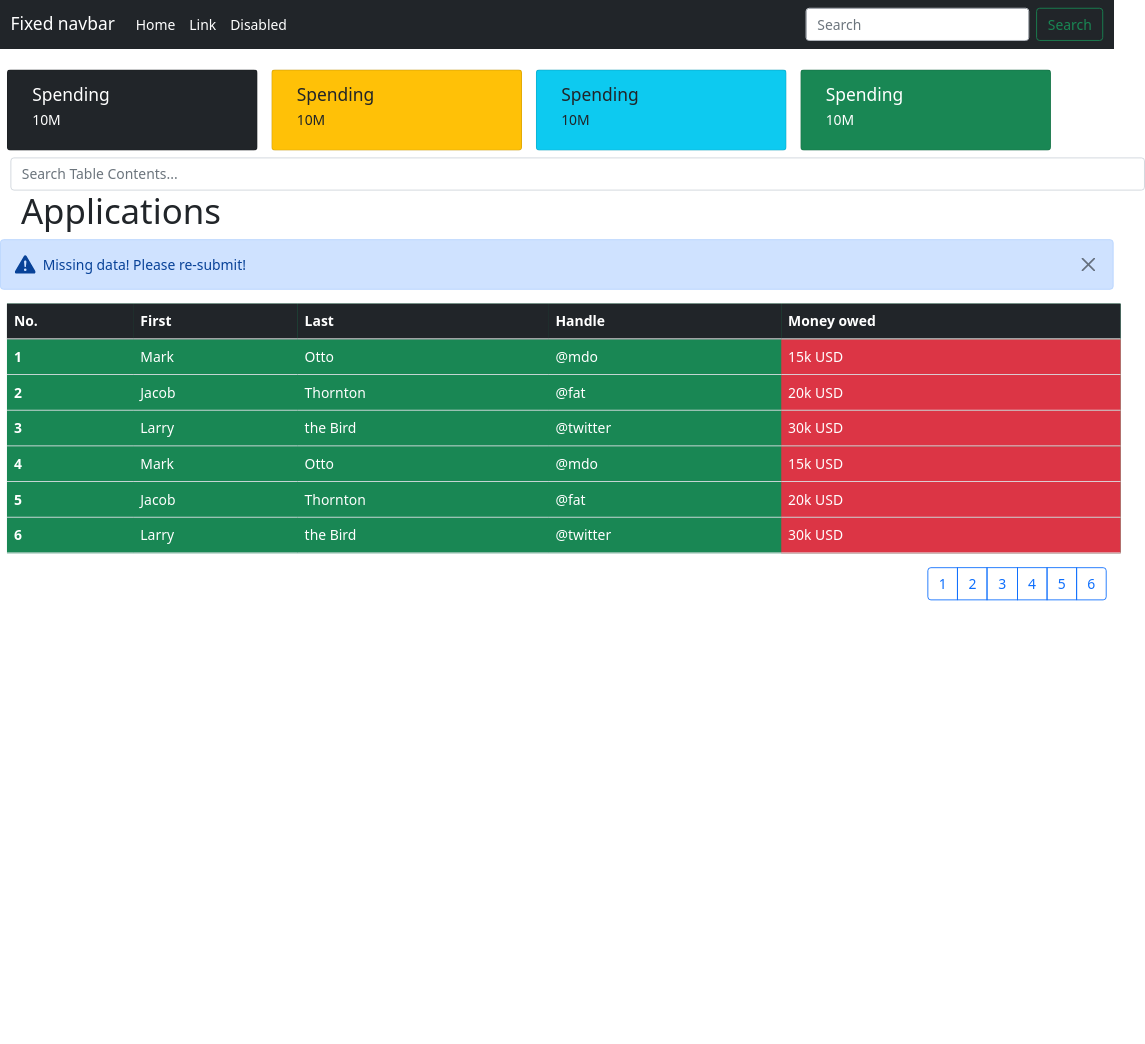
Repository: Dayvid0/BOOTSTRAP-TUTORIALS
Page: BOOTSTRAP-GRID-LAYOUTS/zylo.html
These files come from the project's save history. The page is drawn as it stood at one moment and after the next save; the edit follows.
The browser window is 1280 px wide. The page is 1316 px wide, so the pictures cover 1316 px, including what lies to the right of the window. The pictures show the whole page, at 87% of full size.

Above is the page before, as saved 2025-02-01 08:49:25.

After the next save:
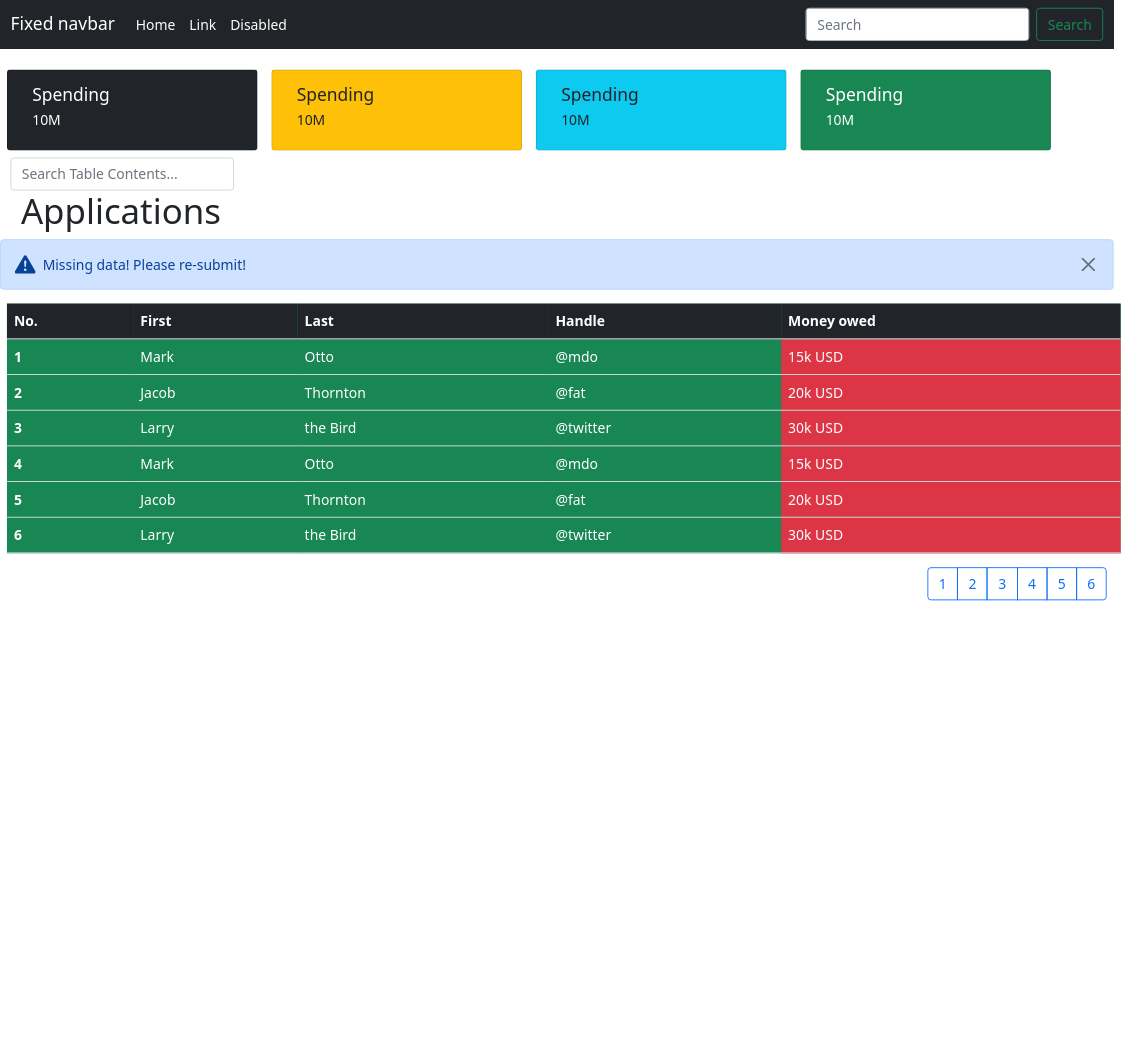
Saved 80 s later.
--- a/BOOTSTRAP-GRID-LAYOUTS/zylo.html
+++ b/BOOTSTRAP-GRID-LAYOUTS/zylo.html
@@ -69,7 +69,7 @@
       </div>
     </nav>
       <div class="row">
-        <input class="form-control  mx-4 " type="search" placeholder="Search Table Contents..." aria-label="Search">
+        <input class="form-control  mx-4 w-auto " type="search" placeholder="Search Table Contents..." aria-label="Search">
         <h1 class="mx-4">Applications</h1>
       </div>
       <!--Alerts-->
